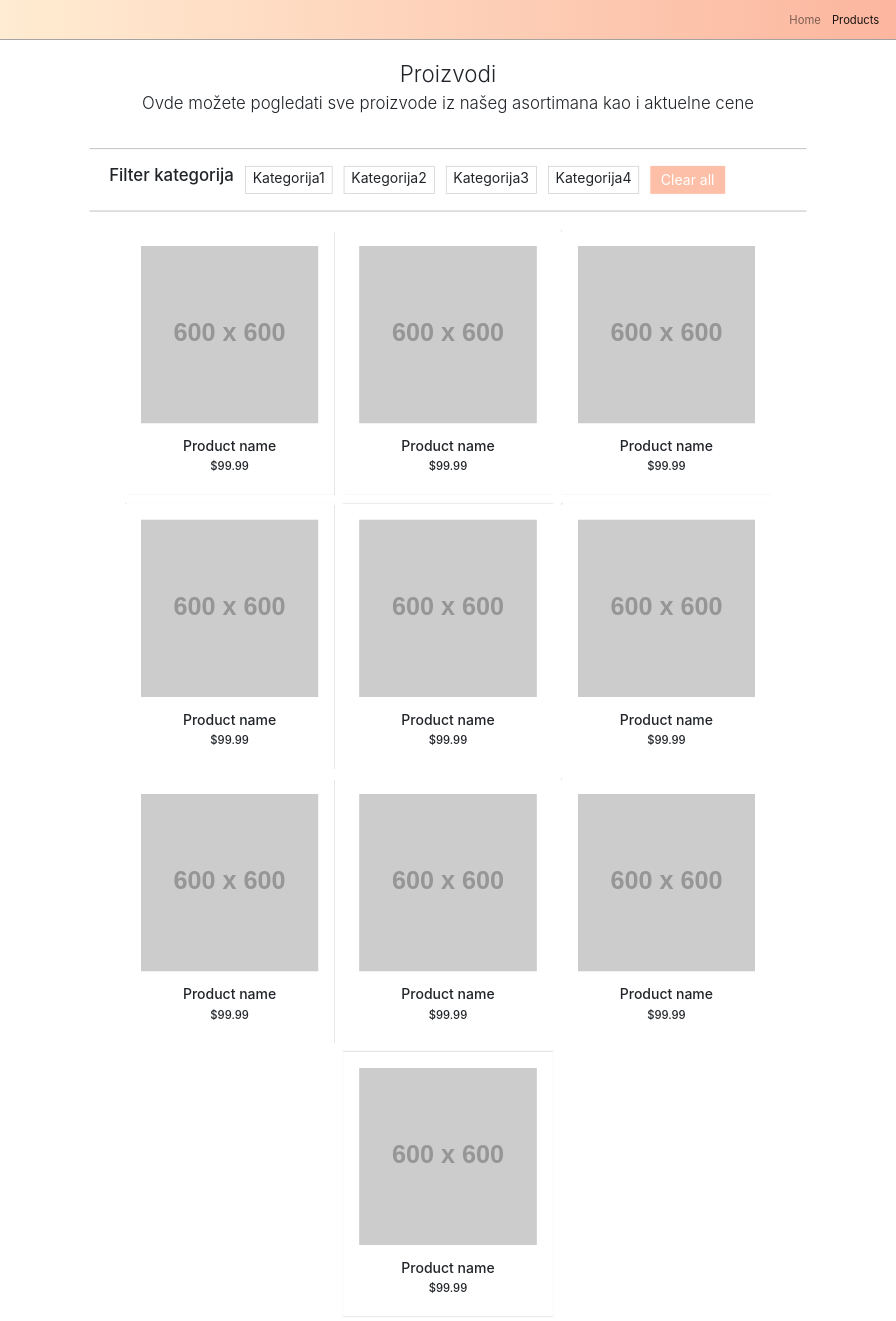
Repository: StevanFilipovic/TemplateForSinglepageWebsite
Page: products.html
The author's editor kept a copy of each file at every save. The page is drawn from the files as they stood at one save, then again after the next save.
The browser window is 1280 px wide. The pictures show the whole page, at 70% of full size.
Some web libraries are served in a nearby version.

Above is the page before, as saved 2018-06-15 12:42:40.

After the next save:
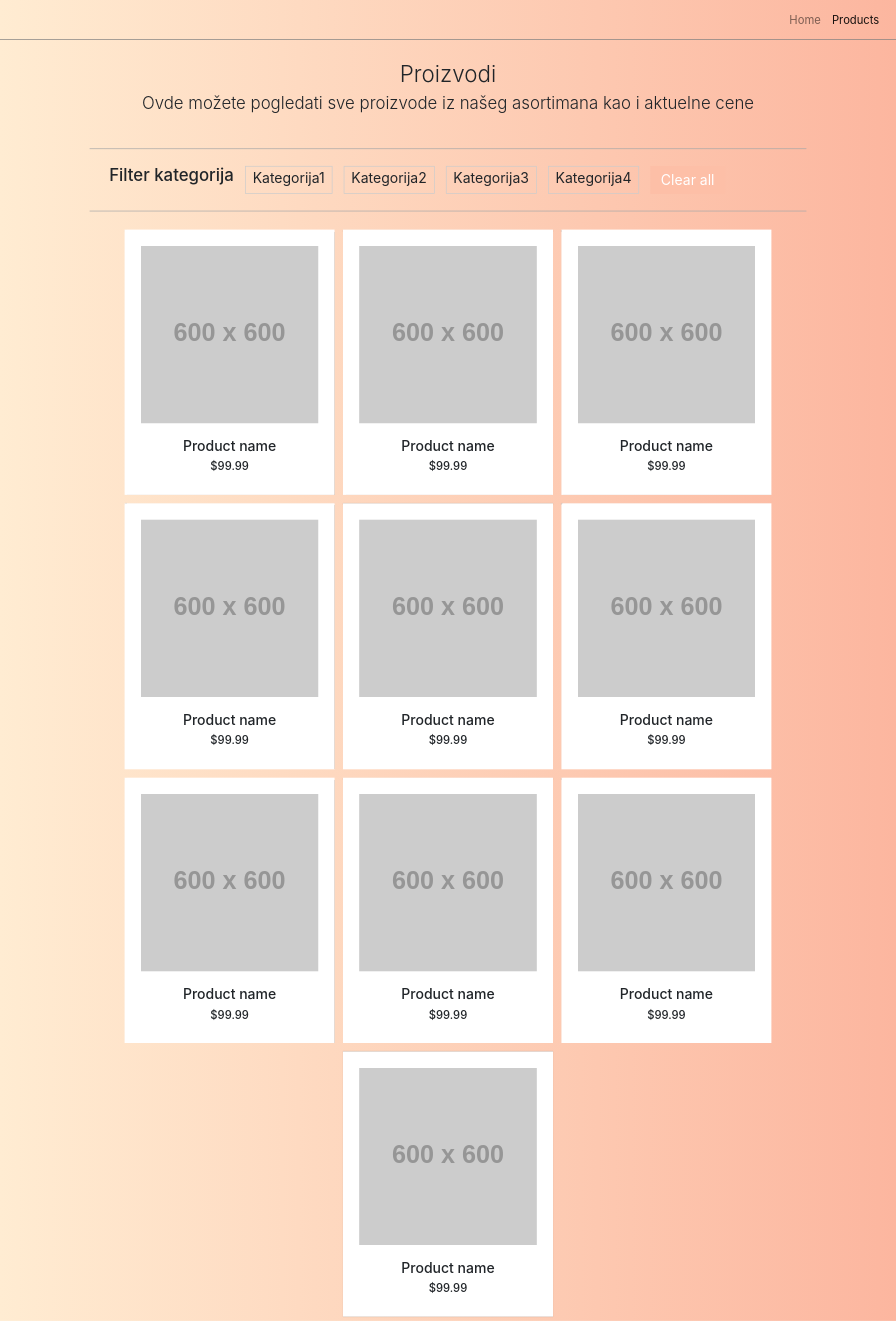
Saved 2 min 18 s later.
--- a/products.html
+++ b/products.html
@@ -11,6 +11,7 @@
 	<link href='http://fonts.googleapis.com/css?family=Pacifico:400' rel='stylesheet' type='text/css'>
 	<script type="text/javascript" src="http://code.jquery.com/jquery-1.9.1.js"></script>
   <link href='products-page-style.css' rel='stylesheet' type='text/css'>
+  <link href='main-page.css' rel='stylesheet' type='text/css'>
   <!-- Da bi koristili less potrebno je odkomentarisati donje dve linije i uraditi konverziju css-a i ubaciti u dole navedene fajlove -->
   <!-- <link rel="stylesheet/less" type="text/css" href="onepage-scrool.less" /> -->
   <!-- <link rel="stylesheet/less" type="text/css" href="styles.less" /> -->

After the save that followed:
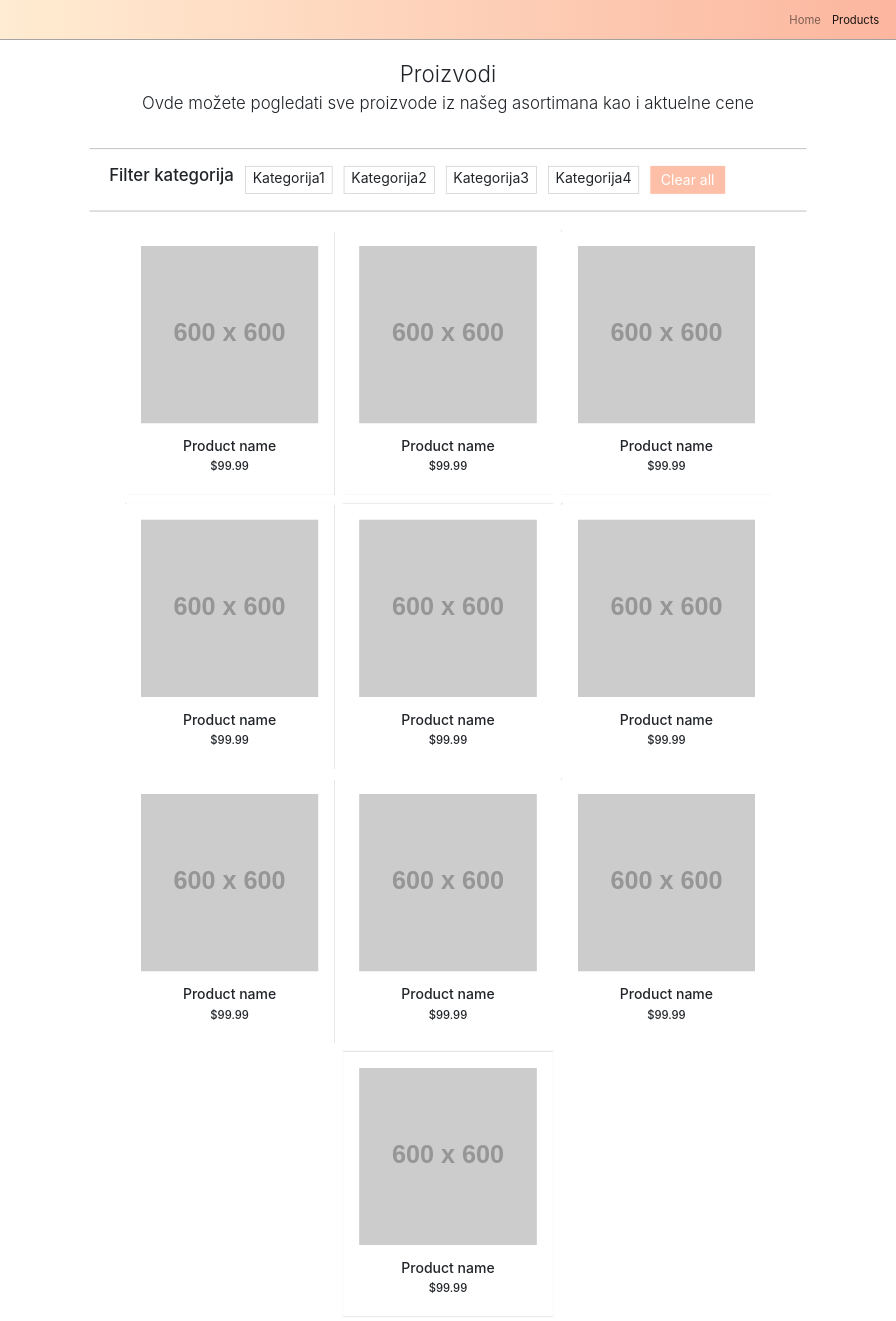
Saved 5 s later.
--- a/products.html
+++ b/products.html
@@ -11,7 +11,7 @@
 	<link href='http://fonts.googleapis.com/css?family=Pacifico:400' rel='stylesheet' type='text/css'>
 	<script type="text/javascript" src="http://code.jquery.com/jquery-1.9.1.js"></script>
   <link href='products-page-style.css' rel='stylesheet' type='text/css'>
-  <link href='main-page.css' rel='stylesheet' type='text/css'>
+
   <!-- Da bi koristili less potrebno je odkomentarisati donje dve linije i uraditi konverziju css-a i ubaciti u dole navedene fajlove -->
   <!-- <link rel="stylesheet/less" type="text/css" href="onepage-scrool.less" /> -->
   <!-- <link rel="stylesheet/less" type="text/css" href="styles.less" /> -->
